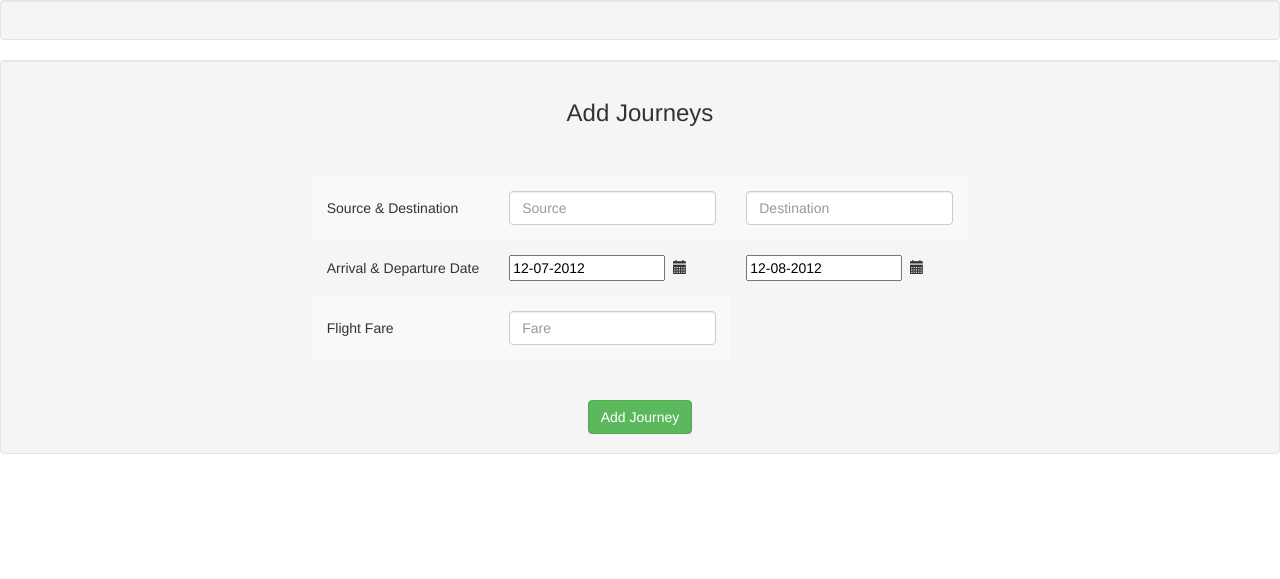
Repository: harshadrane89/CMPE273-WebService-AirlineManagement
Page: http://localhost/AirlineManagementSystemClient/TwitterGUI/AddJourney.jsp
The author's editor kept a copy of each file at every save. The page is drawn from the files as they stood at one save, then again after a run of saves.
The browser window is 1280 px wide. The pictures show the whole page.
The page is served by Tomcat 9.

Above is the page before, as saved 2013-12-07 22:18:42.

After the next 2 saves:
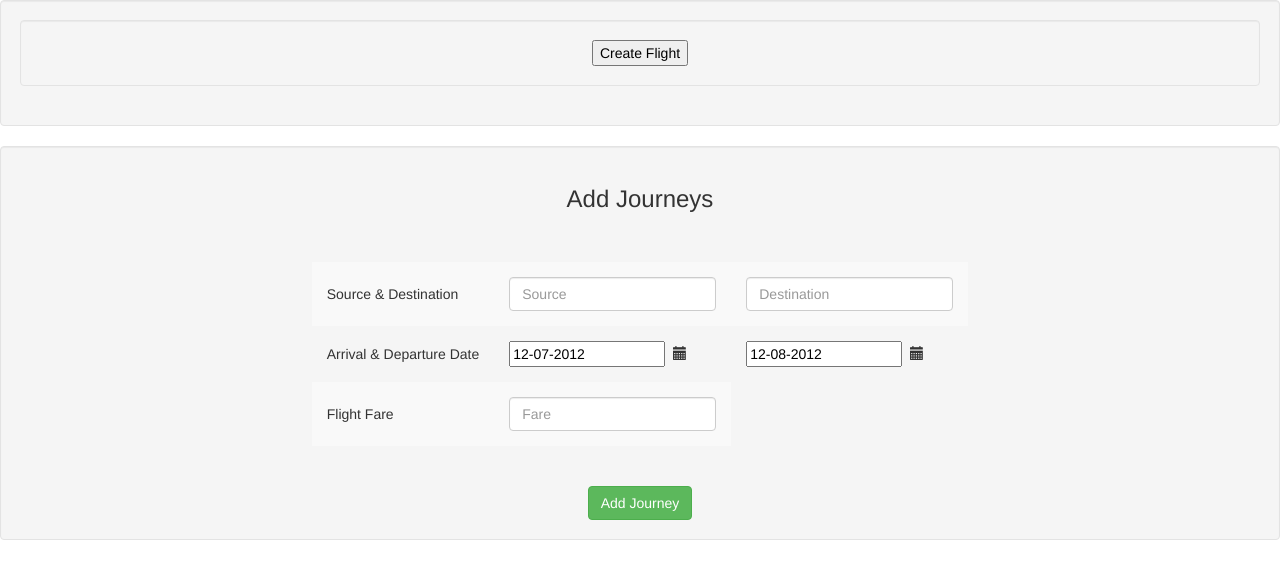
The 2 saves are shown as one change because they came seconds apart.
The last was saved 7 min 24 s later.
--- a/273_Project_Tomcat/AirlineManagementSystemClient/WebContent/TwitterGUI/AddJourney.jsp
+++ b/273_Project_Tomcat/AirlineManagementSystemClient/WebContent/TwitterGUI/AddJourney.jsp
@@ -92,7 +92,11 @@
 			}
 			}
 		%>
-
+<form action="" method="post" class="well">
+	<center>
+		<input type="submit" value="Create Flight" >
+	</center>
+</form>
 
 	</div>
 	<form action="../JourneyProcessor" method="post" class="well">
